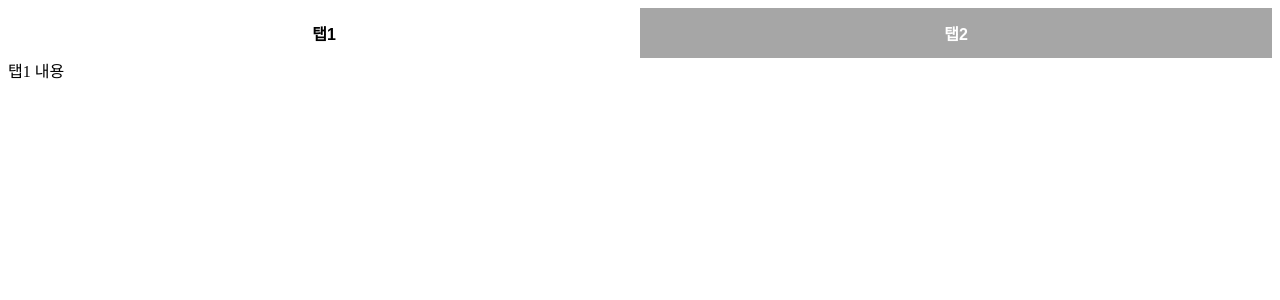
Repository: Axing00/JS_TAB_MENU
Page: tab2/index.html
An editor plug-in stored every save of this project. The page is shown before and after a run of saves, followed by the edit.
The browser window is 1280 px wide. The pictures show the whole page.

Above is the page before, as saved 2023-03-17 14:25:32.

After the next 2 saves:
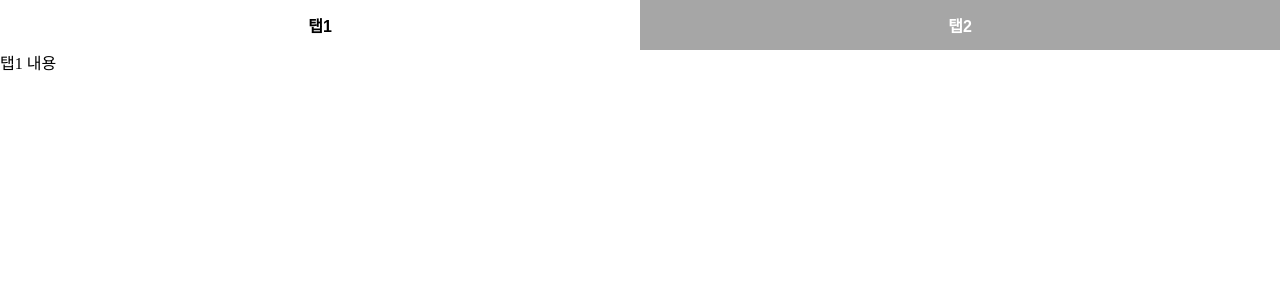
The 2 saves are shown as one change because they came seconds apart.
The last was saved 12 s later.
--- a/tab2/style.css
+++ b/tab2/style.css
@@ -1,3 +1,32 @@
+* {
+	margin: 0;
+	padding: 0;
+}
+
+li {
+	list-style-type: none;
+}
+
+a:link,
+a:visited {
+	text-decoration: none;
+}
+
+img {
+	border: none;
+}
+
+header,
+section,
+nav,
+footer {
+	display: block;
+}
+
+
+
+
+
 .tab {
 	width: 100%;
 	height: 50px;
